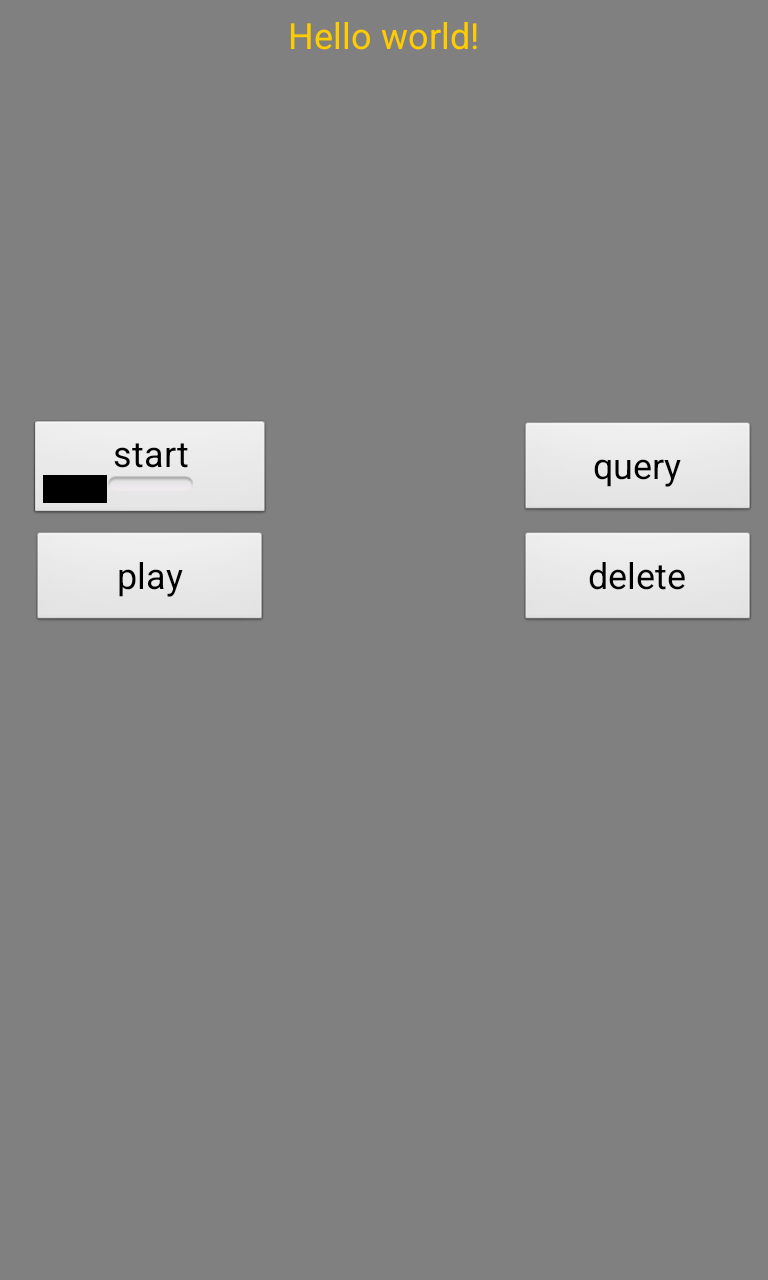
Repository: FreyrChen/tucan_Linux_practice
Layout: 4_Android_program/MusicIdentify/res/layout/activity_main.xml
An editor plug-in stored every save of this project. The layout is shown before and after the next save, followed by the edit.
It is drawn on a 768 x 1280 px phone screen (xhdpi) without system bars, with theme AppTheme; the app's code is not run.

Above is the layout before, as saved 2013-05-30 09:01:14.

### 4_Android_program/MusicIdentify/res/layout/activity_main.xml
<RelativeLayout xmlns:android="http://schemas.android.com/apk/res/android"
    xmlns:tools="http://schemas.android.com/tools"
    android:layout_width="match_parent"
    android:layout_height="match_parent"
    android:padding="10px"
    android:background="#808080"
    tools:context=".MainActivity" >

    <TextView
        android:id="@+id/info_text"
        android:layout_width="wrap_content"
        android:layout_height="200dp"
        android:layout_centerHorizontal="true"
        android:textSize="18sp"
        android:text="@string/hello_world"
        android:background="#00FF0000"
	    android:textColor="#FFCC00"
    />

     <ToggleButton
		android:id="@+id/start_button"
		android:textOn="@string/stop"
		android:textOff="@string/start"
		android:textSize="18sp"
	 	android:layout_width="120dp"
	 	android:layout_height="50dp"
	    android:layout_alignParentLeft="true"
	    android:layout_marginTop="5dp"
	    android:layout_marginLeft="10dp"
	    android:layout_below="@+id/info_text"
 	/>

    <Button
	 	android:id="@+id/query_button"
	 	android:layout_width="120dp"
	 	android:layout_height="50dp"
	 	android:textSize="18sp"
	 	android:text="@string/query"
	    android:layout_marginTop="5dp"
	    android:layout_marginLeft="10dp"
	    android:layout_alignParentRight="true"
	    android:layout_below="@+id/info_text"
 	/>

    <Button
	 	android:id="@+id/play_button"
		android:text="@string/play"
		android:textSize="18sp"
	 	android:layout_width="120dp"
	 	android:layout_height="50dp"
	    android:layout_alignParentLeft="true"
	    android:layout_marginTop="5dp"
	    android:layout_marginLeft="10dp"
	    android:layout_below="@+id/start_button"
 	/>


    <Button
	 	android:id="@+id/delete_button"
	 	android:layout_width="120dp"
	 	android:layout_height="50dp"
	 	android:textSize="18sp"
	 	android:text="@string/delete"
	    android:layout_marginTop="5dp"
	    android:layout_marginLeft="10dp"
	    android:layout_alignParentRight="true"
	    android:layout_below="@+id/query_button"
 	/>





</RelativeLayout>

### 4_Android_program/MusicIdentify/res/values/strings.xml
<?xml version="1.0" encoding="utf-8"?>
<resources>

    <string name="app_name">MusicIdentify</string>
    <string name="hello_world">Hello world!</string>
    <string name="menu_settings">Settings</string>
    <string name="start">start</string>
    <string name="stop">stop</string>
    <string name="play">play</string>
    <string name="query">query</string>
    <string name="delete">delete</string>


</resources>

Loaded but not shown: 4_Android_program/MusicIdentify/res/values/styles.xml (common file)

After the next save:
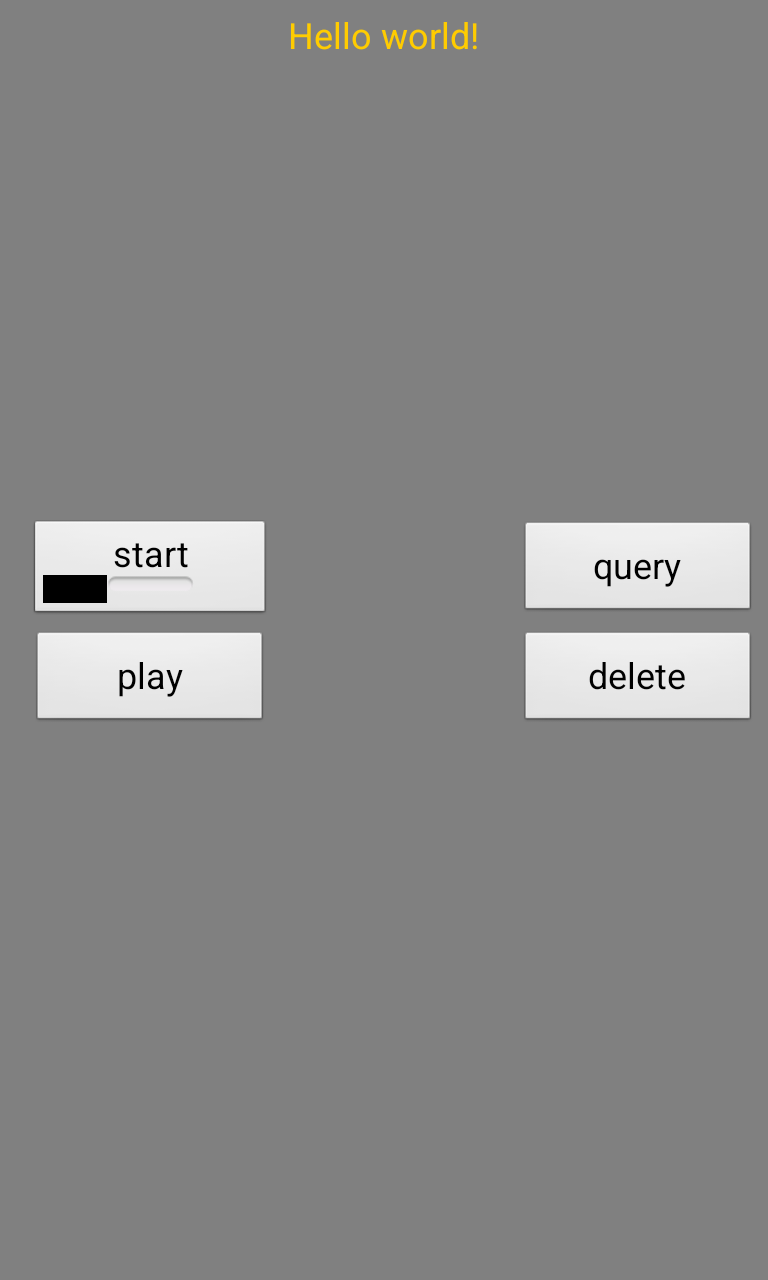
Saved 25 s later.
--- a/4_Android_program/MusicIdentify/res/layout/activity_main.xml
+++ b/4_Android_program/MusicIdentify/res/layout/activity_main.xml
@@ -9,7 +9,7 @@
     <TextView
         android:id="@+id/info_text"
         android:layout_width="wrap_content"
-        android:layout_height="200dp"
+        android:layout_height="250dp"
         android:layout_centerHorizontal="true"
         android:textSize="18sp"
         android:text="@string/hello_world"
